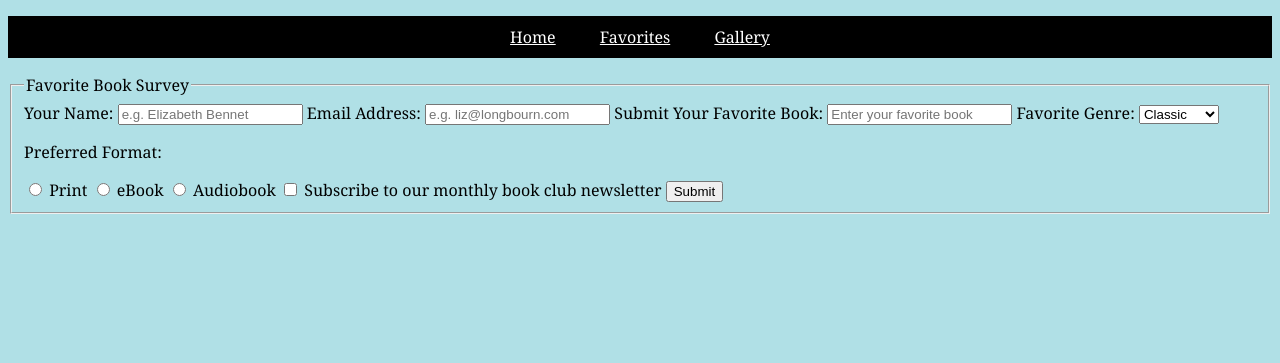
Repository: Brittany-Westlund/WebDesign
Page: Assignment3/favorites.html
The author's editor kept a copy of each file at every save. The page is drawn from the files as they stood at one save, then again after the next save.
The browser window is 1280 px wide. The pictures show the whole page.

Above is the page before, as saved 2025-06-03 23:53:32.

After the next save:
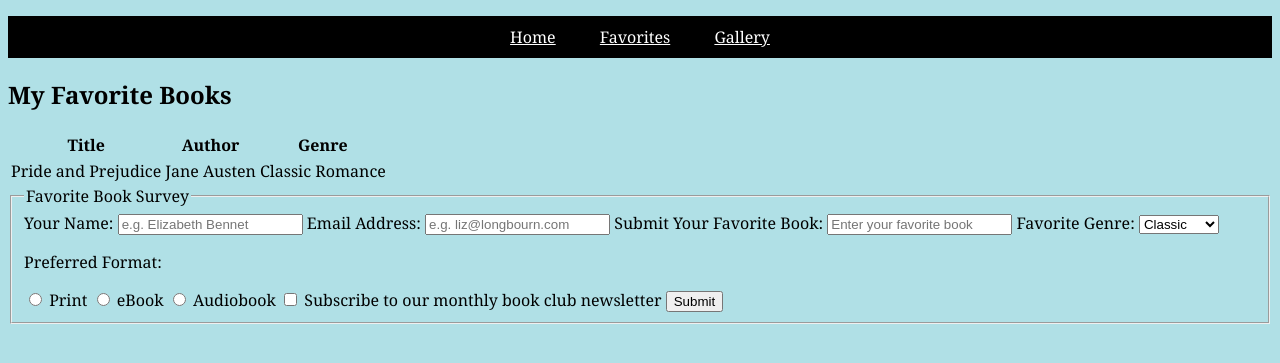
Saved 4 min 3 s later.
--- a/Assignment3/favorites.html
+++ b/Assignment3/favorites.html
@@ -16,7 +16,7 @@
   </ul>
 </nav>
 
-<!-- <h2>My Favorite Books</h2>
+<h2>My Favorite Books</h2>
 
 <table>
   <tr>
@@ -31,7 +31,7 @@
     <td>Classic Romance</td>
   </tr>
  </tbody>
-</table> -->
+</table>
 
 <form>
   <fieldset>
